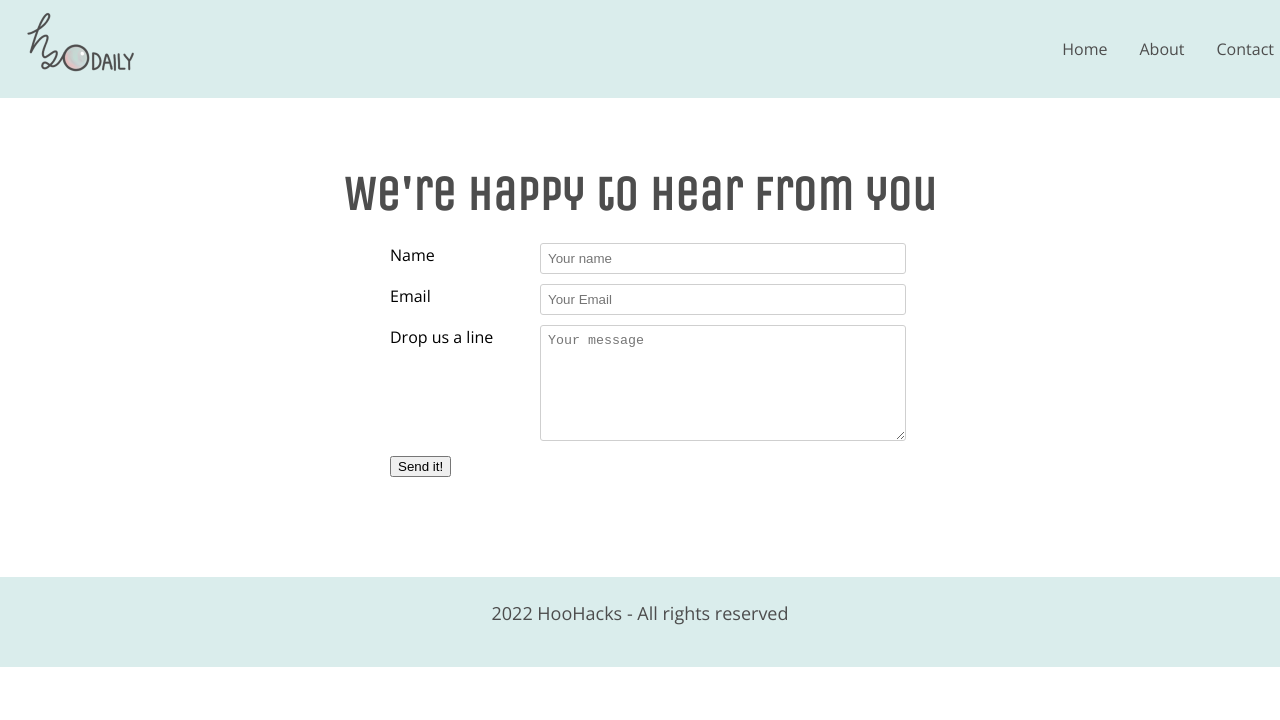
Repository: jennyjjung/H2ODaily
Page: contact.html
The author's editor kept a copy of each file at every save. The page is drawn from the files as they stood at one save, then again after the next save.
The browser window is 1280 px wide. The pictures show the whole page.

Above is the page before, as saved 2022-03-26 21:04:22.

After the next save:
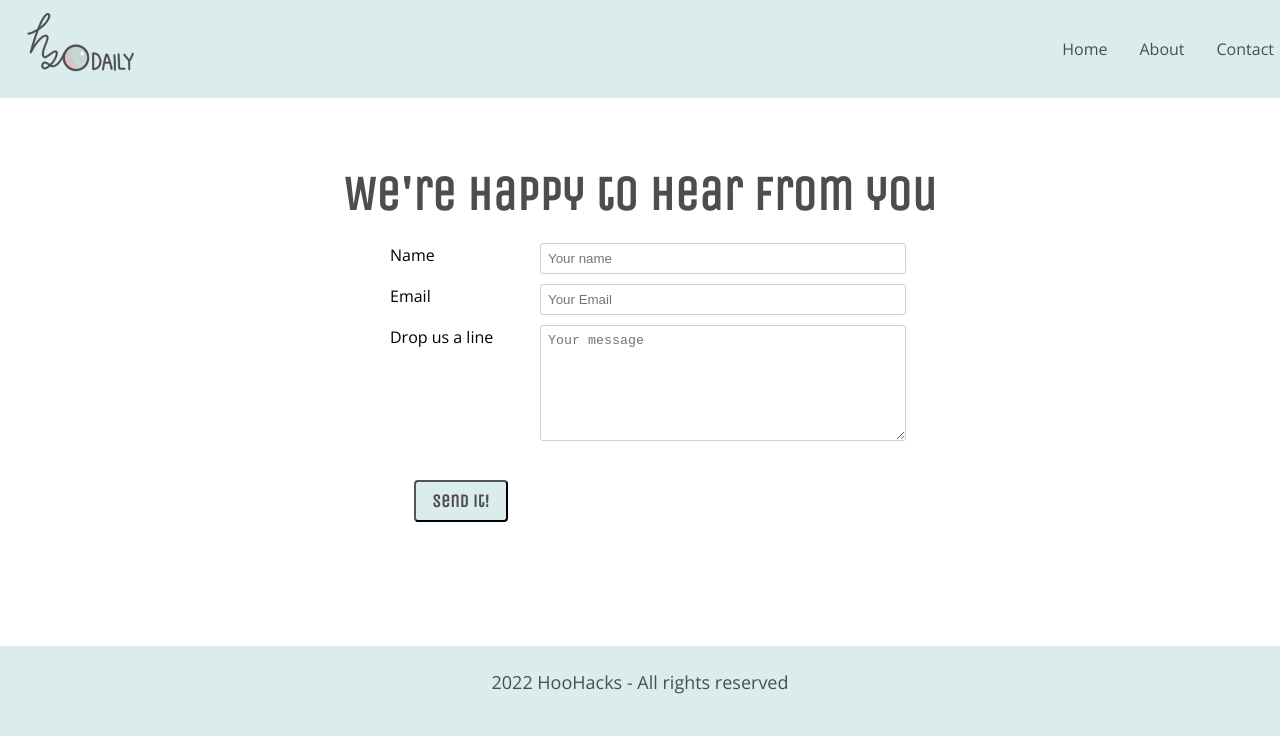
Saved 53 s later.
--- a/style.css
+++ b/style.css
@@ -187,4 +187,12 @@ textarea {
 }
 
 input[type="submit"] {
+  color: var(--color-dark-grey);
+  background-color: var(--color-blue);
+  font-size: var(--font-regular);
+  font-weight: var(--weight-bold);
+  font-family: "Unica One";
+  margin: 24px;
+  padding: 8px 16px;
+  border-radius: var(--size-border-radius);
 }
